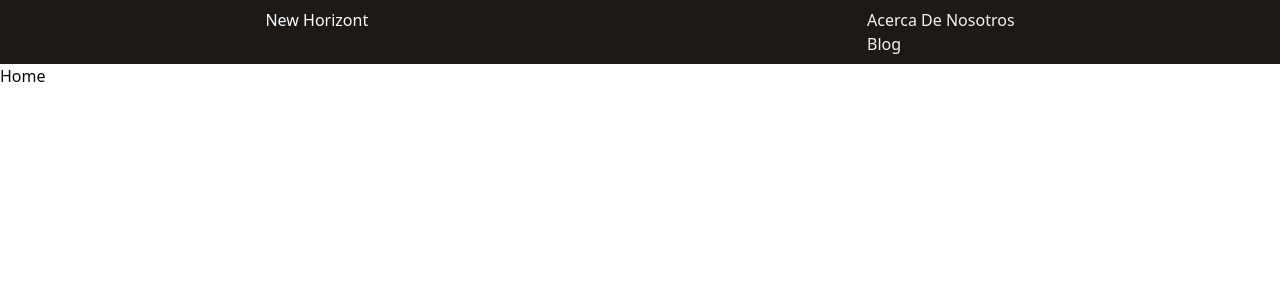
Repository: jefrydep/new-horizont-school
Page: /
These files come from the project's save history. The page is drawn as it stood at one moment and after the next save; the edit follows.
The browser window is 1280 px wide. The pictures show the whole page.
The project was rebuilt for these pictures with package versions that can differ from the ones it lists, and the page was loaded fresh each time. The framework's server and built-in components were replaced by stand-ins that run in the browser. Also part of the build but not shown: next.config.ts.

Above is the page before, as saved 2024-11-07 17:10:52.

After the next save:
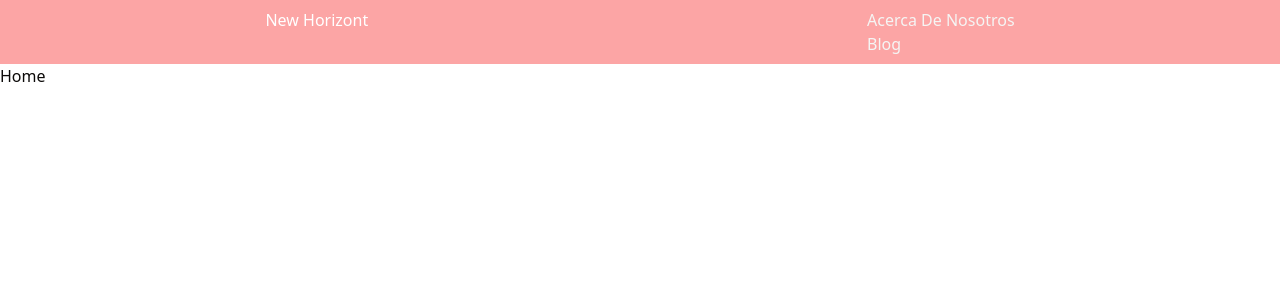
Saved 11 s later.
--- a/src/components/Navbar.tsx
+++ b/src/components/Navbar.tsx
@@ -4,7 +4,7 @@ import Link from "next/link";
 export default function Navbar() {
   return (
     <header className="bg-primary h-16">
-      <div className="flex justify-evenly sm:justify-around    container px-4 py-2  ">
+      <div className="flex justify-evenly sm:justify-around  bg-red-300  container px-4 py-2  ">
         <div className="text-white">New Horizont</div>
         <nav className="outline-none hidden sm:block list-none">
           <li className="text-secondary">
